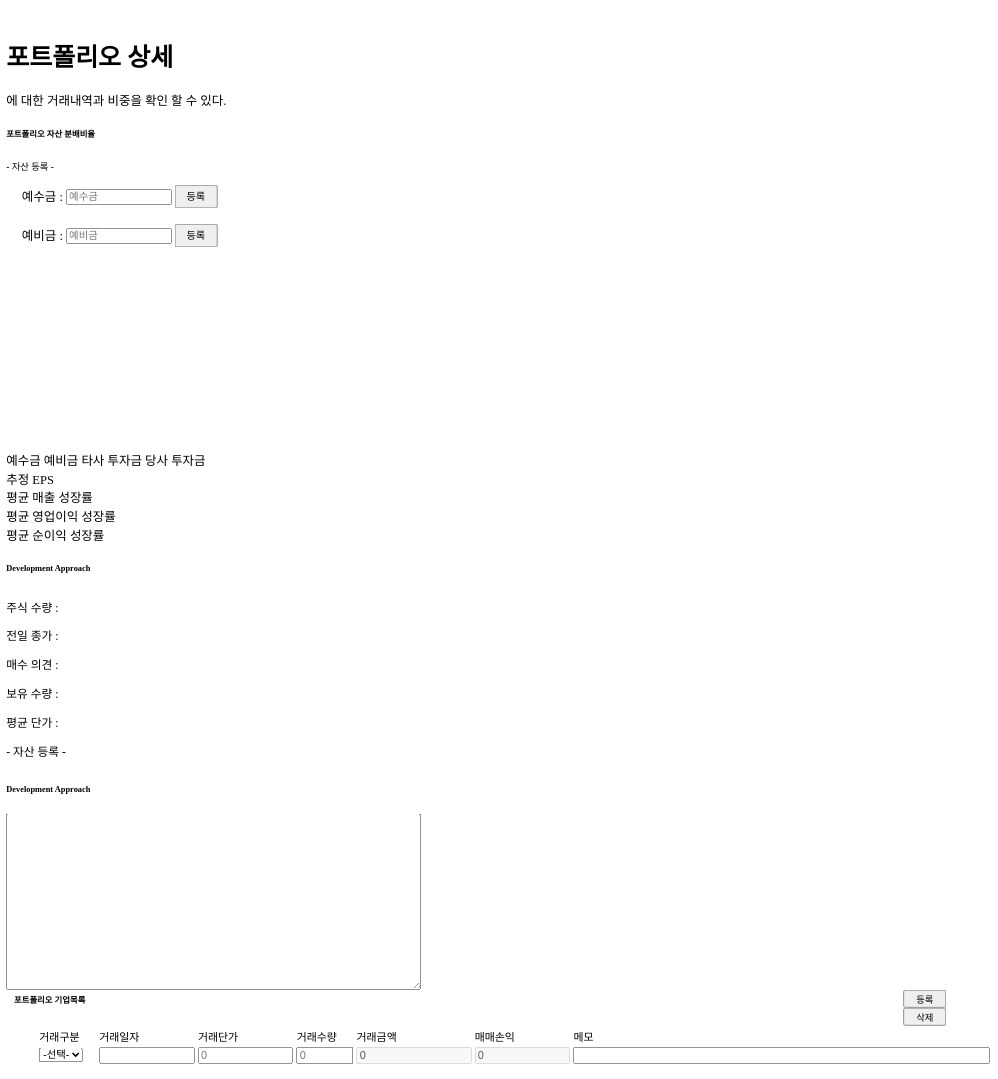
Repository: bangProgram/PJT_Finance
Page: http://localhost/Finance/WEB-INF/views/portfolio/portfolioDetail.jsp
The author's editor kept a copy of each file at every save. The page is drawn from the files as they stood at one save, then again after the next save.
The browser window is 1280 px wide. The pictures show the whole page, at 78% of full size.
The page is served by Tomcat 9. Nobody is signed in. Other server files are loaded and not shown. The template is opened directly, without the code that normally fills it, so the values that code supplies are empty.

Above is the page before, as saved 2022-11-17 06:23:38.

### Finance/src/main/webapp/WEB-INF/views/portfolio/portfolioDetail.jsp
<%@ page pageEncoding="UTF-8" contentType="text/html;charset=utf-8"%>
<%@ taglib prefix="fmt" uri="http://java.sun.com/jsp/jstl/fmt"%>
<%@ taglib uri="http://java.sun.com/jsp/jstl/core" prefix="c"%>
<script src="https://code.jquery.com/jquery-3.4.1.min.js"></script>﻿
<script type="text/javascript">
	var toggleChk = true;
	$(document).ready(function(){
		$("#gubn").change(function(){
			if(this.value == "0101"){
				$("#inputTr").css("background-color","#ffc4c4");
			}else if(this.value == "0102"){
				$("#inputTr").css("background-color","#cad8ff");
			}else{
				$("#inputTr").css("background-color","");
			}

		});


	});

	function portDetailSave(mode){
		var frm = document.searchForm;
		var gubn = $("#gubn").val();

		$("#mode").val(mode);

		if(gubn == "0101"){
			var TRADE_QUANTITY = $("#TRADE_QUANTITY").val();
			var TRADE_AMOUNT = $("#TRADE_AMOUNT").val();
			$("#BUY_QUANTITY").val(TRADE_QUANTITY);
			$("#BUY_AMOUNT").val(TRADE_AMOUNT);

		}else{
			var TRADE_QUANTITY = $("#TRADE_QUANTITY").val();
			var TRADE_AMOUNT = $("#TRADE_AMOUNT").val();
			$("#SELL_QUANTITY").val(TRADE_QUANTITY);
			$("#SELL_AMOUNT").val(TRADE_AMOUNT);

		}

		$("#TRADE_AMOUNT").attr("disabled",false);
		$("#RETURN_AMOUNT").attr("disabled",false);
		frm.action = "/portfolio/detail/cud";
		frm.submit();
	}

	function calTradeAmount(){
		var gubn = $("#gubn").val();
		if(gubn != "" && gubn != null){
			var TRADE_PRICE = $("#TRADE_PRICE").val();
			var TRADE_QUANTITY = $("#TRADE_QUANTITY").val();

			var calValue = TRADE_PRICE * TRADE_QUANTITY
			$("#TRADE_AMOUNT").val(calValue);


			if(gubn == "0102"){
				var calReturn = (TRADE_PRICE - AVR_PRICE) * TRADE_QUANTITY
				$("#RETURN_AMOUNT").val(calReturn);
			}
		}else{
			alert("거래구분 먼저 선택해주세요");
			return;
		}
	}

</script>

<style>
@keyframes add {
	from{background : lightgreen;}
	to{background : transparent;}
}

@keyframes del {
	from{background : indianred;}
	to{background : transparent;}
}

@keyframes search {
	from{background : lightsteelblue;}
	to{background : transparent;}
}

</style>
<html>
<head>
<title>사업장 목록</title>
</head>
<body>

<div class="container-fluid">

	<!-- Page Heading -->
	<h1 class="h3 mb-2 text-gray-800"><c:out value="${resultData.CORP_NAME }"/> 포트폴리오 상세</h1>
	<p class="mb-4"><c:out value="${resultData.CORP_NAME }"/> 에 대한 거래내역과 비중을 확인 할 수 있다.
		<span id=""></span>
	</p>


	<div class="row">
                        <!-- Pie Chart -->
		<div class="col-xl-4 col-lg-5">
			<div class="card shadow mb-4" id="cardDiv">
		        <!-- Card Header - Dropdown -->
		        <div class="card-header py-3 d-flex flex-row align-items-center justify-content-between">
		            <h6 class="m-0 font-weight-bold text-primary">포트폴리오 자산 분배비율</h6>
		            <div class="dropdown no-arrow">
		                <a class="dropdown-toggle" href="#" role="button" id="dropdownMenuLink" data-toggle="dropdown" aria-haspopup="true" aria-expanded="false">
		                    <i class="fas fa-ellipsis-v fa-sm fa-fw text-gray-400"></i>
		                </a>
		                <div class="dropdown-menu dropdown-menu-right shadow animated--fade-in" aria-labelledby="dropdownMenuLink">
		                    <div class="dropdown-header" style="font-size: 12px;">- 자산 등록 -</div>
		                    <div class="dropdown-divider"></div>
		                    <div style="padding: 5px 10px 5px 10px;">
			                    <div class="dropdown-item" style="padding: 10px 10px 10px 10px;">
				                    예수금 : <input type="text" name="DEPOSIT_AMOUNT" id="DEPOSIT_AMOUNT" style="width : 135px;" value="${getPortfolio.DEPOSIT_AMOUNT }"  title="예수금" placeholder="예수금">
				                    <button class="btn btn-outline-primary" style="height: 30px; font-size: 13px; width: 55px;" id="btn_DEPOSIT_AMOUNT" onclick="regAsset('deposit'); return false;">
				                    	<c:if test="${getPortfolio.DEPOSIT_AMOUNT != null }">수정</c:if>
				                    	<c:if test="${getPortfolio.DEPOSIT_AMOUNT == null }">등록</c:if>
				                    </button>
			                    </div>
			                    <div class="dropdown-divider"></div>
			                    <div class="dropdown-item" style="padding: 10px 10px 10px 10px;">
				                    예비금 : <input type="text" name="RESERVE_AMOUNT" id="RESERVE_AMOUNT" style="width : 135px;" value="${getPortfolio.RESERVE_AMOUNT }"  title="예비금" placeholder="예비금">
				                    <button class="btn btn-outline-primary" style="height: 30px; font-size: 13px; width: 55px;" id="btn_RESERVE_AMOUNT" onclick="regAsset('reserve'); return false;">
				                    	<c:if test="${getPortfolio.RESERVE_AMOUNT != null }">수정</c:if>
				                    	<c:if test="${getPortfolio.RESERVE_AMOUNT == null }">등록</c:if>
				                    </button>
			                    </div>
		                    </div>
		                </div>
		            </div>
		        </div>
		        <!-- Card Body -->
		        <div class="card-body">
		            <div class="chart-pie pt-4 pb-2"><div class="chartjs-size-monitor"><div class="chartjs-size-monitor-expand"><div class=""></div></div><div class="chartjs-size-monitor-shrink"><div class=""></div></div></div>
		                <canvas id="myPieChart" width="470" height="245" style="display: block; width: 470px; height: 245px;" class="chartjs-render-monitor"></canvas>
		            </div>
		            <div class="mt-4 text-center small">
		                <span class="mr-2">
		                    <i class="fas fa-circle text-info"></i> 예수금
		                </span>
		                <span class="mr-2">
		                    <i class="fas fa-circle text-warning"></i> 예비금
		                </span>
		                <span class="mr-2">
		                    <i class="fas fa-circle text-secondary"></i> 타사 투자금
		                </span>
		                <span class="mr-2">
		                    <i class="fas fa-circle text-success"></i> 당사 투자금
		                </span>
		            </div>
		        </div>
		    </div>
		</div>

		<!-- Area Chart -->
	    <div class="" style="width: 180px;">
	        <div class="card shadow mb-4">
				<div class="card border-left-primary shadow h-100 py-2">
	            	<div class="card-body">
	                	<div class="row no-gutters align-items-center">
	                    	<div class="col mr-2">
	                        	<div class="text-xs font-weight-bold text-primary text-uppercase mb-1">
	                              추정 EPS</div>
								<div class="h5 mb-0 font-weight-bold text-gray-800"><c:out value=" ${resultData.ESTIMATE_EPS}"/></div>
	                      	</div>
	                  	</div>
	              	</div>
	          	</div>
	          	<div class="card border-left-info shadow h-100 py-2">
	              	<div class="card-body">
	                  	<div class="row no-gutters align-items-center">
	                      	<div class="col mr-2">
	                          	<div class="text-xs font-weight-bold text-info text-uppercase mb-1">
	                              	평균 매출 성장률</div>
	                          	<div class="h5 mb-0 font-weight-bold text-gray-800"><c:out value=" ${resultData.AVG_REVENUE_GROWTH}"/></div>
	                      	</div>
	                  	</div>
	              	</div>
	          	</div>
	        	<div class="card border-left-info shadow h-100 py-2">
	              	<div class="card-body">
	                  	<div class="row no-gutters align-items-center">
	                      	<div class="col mr-2">
	                          	<div class="text-xs font-weight-bold text-info text-uppercase mb-1">
	                              	평균 영업이익 성장률</div>
	                          	<div class="h5 mb-0 font-weight-bold text-gray-800"><c:out value=" ${resultData.AVG_OPERAT_GROWTH}"/></div>
	                      	</div>
	                  	</div>
	              	</div>
	          	</div>
	          	<div class="card border-left-info shadow h-100 py-2">
	              	<div class="card-body">
	                  	<div class="row no-gutters align-items-center">
	                      	<div class="col mr-2">
	                          	<div class="text-xs font-weight-bold text-info text-uppercase mb-1">
	                              	평균 순이익 성장률</div>
	                          	<div class="h5 mb-0 font-weight-bold text-gray-800"><c:out value=" ${resultData.AVG_PROFIT_GROWTH}"/></div>
	                      	</div>
	                  	</div>
	              	</div>
	          	</div>
	        </div>
		</div>
		<!-- MEMO Area -->
	    <div class="col-xl-2 col-lg-5">
			<div class="card shadow mb-4">
				<div class="card-header py-3">
					<h6 class="m-0 font-weight-bold text-primary">Development Approach</h6>
				</div>
				<div class="card-body">
					<div class="dropdown-header" style="font-size: 15px; padding: 8px 0px 8px 0px;">
                    	주식 수량 :  <span style="color: black;"><c:out value="${resultData.SHARES_AMOUNT}"/></span>
                    </div>
                    <div class="dropdown-divider"></div>
                    <div class="dropdown-header" style="font-size: 15px; padding: 8px 0px 8px 0px;">
                    	전일 종가 : <span style="color: black;"><c:out value="${resultData.BEF_CLS_PRICE}"/></span>
                    </div>
                    <div class="dropdown-divider"></div>
                    <div class="dropdown-header" style="font-size: 15px; padding: 8px 0px 8px 0px;">
                    	매수 의견 : <span style="color: black;"><c:out value="${resultData.INVEST_OPINION}"/></span>
                    </div>
                    <div class="dropdown-divider"></div>
                    <div class="dropdown-header" style="font-size: 15px; padding: 8px 0px 8px 0px;">
                    	보유 수량 : <span style="color: black;"><c:out value="${resultData.HOLD_QUANTITY}"/></span>
                    </div>
                    <div class="dropdown-divider"></div>
                    <div class="dropdown-header" style="font-size: 15px; padding: 8px 0px 8px 0px;">
                    	평균 단가 : <span style="color: black;"><c:out value="${resultData.AVR_PRICE}"/></span>
                    </div>
                    <div class="dropdown-divider"></div>
                    <div class="dropdown-header" style="font-size: 15px; padding: 8px 0px 8px 0px;">
                    	- 자산 등록 -
                    </div>
				</div>
			</div>
		</div>
		<!-- MEMO Area -->
	    <div class="col-xl-4 col-lg-5">
			<div class="card shadow mb-4">
				<div class="card-header py-3">
					<h6 class="m-0 font-weight-bold text-primary">Development Approach</h6>
				</div>
				<div class="card-body">
					<textarea  rows="20" cols="85" style="    font-size: 10px;"><c:out value="${resultData.MEMO }"/></textarea>
				</div>
			</div>
		</div>
	</div>

	<form name="searchForm" method="post">
		<div class="container-fluid">
			<input type="hidden" name="mode" id="mode" value="" title="수정 FLAG">
			<input type="hidden" name="CORP_CODE" id="CORP_CODE" value="<c:out value='${resultData.CORP_CODE }'/>" title="현재보고있는 기업 코드">
			<input type="hidden" name="AVR_PRICE" id="AVR_PRICE" value="<c:out value='${resultData.AVR_PRICE}'/>" title="현재보고있는 기업 평균단가"/>
			<input type="hidden" name="HOLD_QUANTITY" id="HOLD_QUANTITY" value="<c:out value='${resultData.HOLD_QUANTITY }'/>" title="현재보고있는 기업 보유 수량">

			<input type="hidden" name="SEQs" id="SEQs" value="" title="삭제대상 상세 SEQ(복수)">

		</div>

	<!-- DataTales Example -->
	    <div class="card shadow mb-4">
	        <div class="card-header py-3" id="dataTables" style="display: table;">
	            <h6 class="m-0 font-weight-bold text-primary" style="display: table-cell; width: 91%; padding-left: 10px;">포트폴리오 기업목록</h6>
	            <div >
					<button class="dt-button buttons-excel buttons-html5 btn btn-outline-primary excelBtn" style="width: 55px; font-size: 12px;" tabindex="0" aria-controls="portCorpList" type="submit" onclick="portDetailSave('add'); return false;">
						<span>등록</span>
					</button>
					<button class="dt-button buttons-excel buttons-html5 btn btn-outline-primary excelBtn" style="width: 55px; font-size: 12px;" tabindex="0" aria-controls="portCorpList" type="submit" onclick="portDetailSave('del'); return false;">
						<span>삭제</span>
					</button>
				</div>
	        </div>
	        <div class="card-body">
	            <div class="table-responsive" >
	                <table id="portCorpList" class="table table-bordered" id="dataTable"  style="font-size: 14px; width:100%" >
	                	<colgroup>
	                		<col width="3%"/>
	                		<col width="6%"/>
	                		<col width="10%"/>
	                		<col width="10%"/>
	                		<col width="6%"/>
	                		<col width="12%"/>
	                		<col width="10%"/>
	                		<col width="43%"/>
	                	</colgroup>
	                    <thead id="tableHead">
				            <tr>
				            	<td></td>
				            	<td>거래구분</td>
								<td>거래일자</td>
								<td>거래단가</td>
								<td>거래수량</td>
								<td>거래금액</td>
								<td>매매손익</td>
								<td>메모</td>
							</tr>
				        </thead>
				        <tbody id="bodyList">
							<c:forEach items="${resultList}" var="ls" >
								<c:if test="${ls.GUBN == '0101'}"><tr style="background-color: #ffc4c4;"></c:if>
								<c:if test="${ls.GUBN == '0102'}"><tr style="background-color: #cad8ff;"></c:if>
									<td><input type="checkbox" name="del" value="${ls.SEQ}" title="포트폴리오 상세 SEQ"/></td>
									<td><c:out value="${ls.GUBN_NM}"/></td>
									<td><c:out value="${ls.TRADE_DATE}"/></td>
									<td><c:out value="${ls.TRADE_PRICE}"/></td>
									<td>
										<c:if test="${ls.GUBN == '0101'}"><c:out value="${ls.BUY_QUANTITY}"/></c:if>
										<c:if test="${ls.GUBN == '0102'}"><c:out value="${ls.SELL_QUANTITY}"/></c:if>
									</td>
									<td>
										<c:if test="${ls.GUBN == '0101'}"><c:out value="${ls.BUY_AMOUNT}"/></c:if>
										<c:if test="${ls.GUBN == '0102'}"><c:out value="${ls.SELL_AMOUNT}"/></c:if>
									</td>
									<td><c:out value="${ls.RETURN_AMOUNT}"/></td>
									<td><c:out value="${ls.MEMO}"/></td>
								</tr>
							</c:forEach>
							<tr id="inputTr">
								<td></td>
								<td>
									<select name="gubn" id="gubn" title="포트폴리오 상세 구분">
										<option value="">-선택-</option>
										<option value="0101">매수</option>
										<option value="0102">매도</option>
									</select>
								</td>
							    <td><input type="text" name="TRADE_DATE" id="TRADE_DATE" value="${curDate}" title="포트폴리오 거래일자" style="font-size: 14px; width:100%" /></td>
							    <td>
							    	<input type="text" name="TRADE_PRICE" onchange="calTradeAmount(); return false;" id="TRADE_PRICE" value="" placeholder="0" title="포트폴리오 거래단가" style="font-size: 14px; width:100%" />
							    </td>
								<td>
									<input type="text" name="TRADE_QUANTITY" onchange="calTradeAmount(); return false;" id="TRADE_QUANTITY" value="" placeholder="0" title="포트폴리오 거래수량" style="font-size: 14px; width:100%" />
									<input type="hidden" name="BUY_QUANTITY" id="BUY_QUANTITY" value="" title="매수 거래수량"/>
									<input type="hidden" name="SELL_QUANTITY" id="SELL_QUANTITY" value="" title="매도 거래수량"/>
								</td>
								<td>
									<input type="text" name="TRADE_AMOUNT" id="TRADE_AMOUNT" value="0" title="포트폴리오 거래금액" disabled="disabled" style="font-size: 14px; width:100%"/>
									<input type="hidden" name="BUY_AMOUNT" id="BUY_AMOUNT" value="" title="매수 거래금액"/>
									<input type="hidden" name="SELL_AMOUNT" id="SELL_AMOUNT" value="" title="매도 거래금액"/>
								</td>
								<td><input type="text" name="RETURN_AMOUNT" id="RETURN_AMOUNT" value="0" title="포트폴리오 매매손익" disabled="disabled" style="font-size: 14px; width:100%"/></td>
								<td><input type="text" name="MEMO" id="MEMO" value="" title="포트폴리오 거래 사유" style="font-size: 14px; width:100%"/></td>
							</tr>
				        </tbody>
	                </table>
	            </div>
	        </div>
	    </div>
	</form>
</div>

</body>
</html>

After the next save:
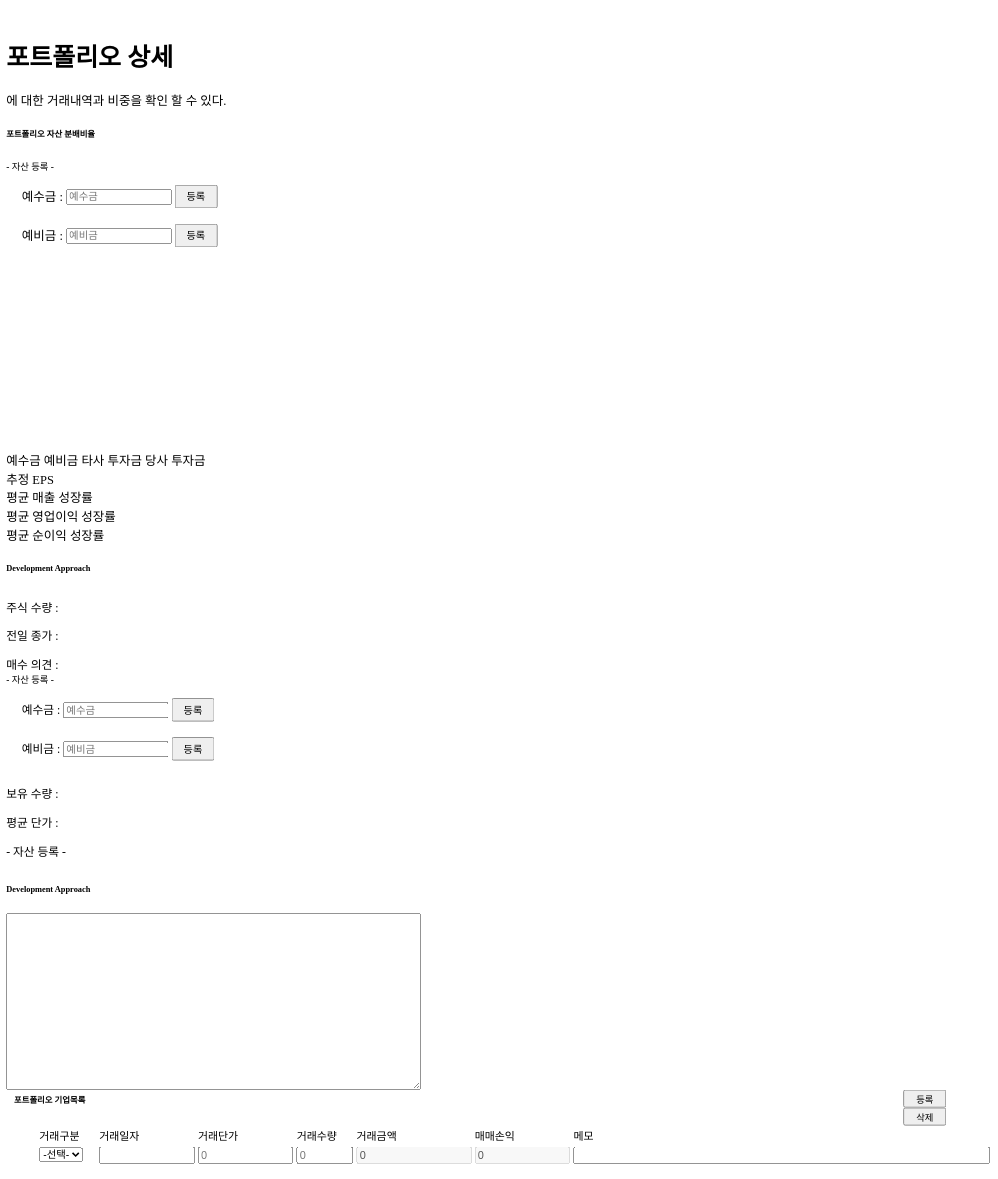
Saved 76 s later.
--- a/Finance/src/main/webapp/WEB-INF/views/portfolio/portfolioDetail.jsp
+++ b/Finance/src/main/webapp/WEB-INF/views/portfolio/portfolioDetail.jsp
@@ -222,6 +222,30 @@
                     <div class="dropdown-divider"></div>
                     <div class="dropdown-header" style="font-size: 15px; padding: 8px 0px 8px 0px;">
                     	매수 의견 : <span style="color: black;"><c:out value="${resultData.INVEST_OPINION}"/></span>
+                    	<a class="dropdown-toggle" href="#" role="button" id="dropdownMenuLink" data-toggle="dropdown" aria-haspopup="true" aria-expanded="false">
+		                    <i class="fas fa-ellipsis-v fa-sm fa-fw text-gray-400"></i>
+		                </a>
+		                <div class="dropdown-menu dropdown-menu-right shadow animated--fade-in" aria-labelledby="dropdownMenuLink">
+		                    <div class="dropdown-header" style="font-size: 12px;">- 자산 등록 -</div>
+		                    <div class="dropdown-divider"></div>
+		                    <div style="padding: 5px 10px 5px 10px;">
+			                    <div class="dropdown-item" style="padding: 10px 10px 10px 10px;">
+				                    예수금 : <input type="text" name="DEPOSIT_AMOUNT" id="DEPOSIT_AMOUNT" style="width : 135px;" value="${getPortfolio.DEPOSIT_AMOUNT }"  title="예수금" placeholder="예수금">
+				                    <button class="btn btn-outline-primary" style="height: 30px; font-size: 13px; width: 55px;" id="btn_DEPOSIT_AMOUNT" onclick="regAsset('deposit'); return false;">
+				                    	<c:if test="${getPortfolio.DEPOSIT_AMOUNT != null }">수정</c:if>
+				                    	<c:if test="${getPortfolio.DEPOSIT_AMOUNT == null }">등록</c:if>
+				                    </button>
+			                    </div>
+			                    <div class="dropdown-divider"></div>
+			                    <div class="dropdown-item" style="padding: 10px 10px 10px 10px;">
+				                    예비금 : <input type="text" name="RESERVE_AMOUNT" id="RESERVE_AMOUNT" style="width : 135px;" value="${getPortfolio.RESERVE_AMOUNT }"  title="예비금" placeholder="예비금">
+				                    <button class="btn btn-outline-primary" style="height: 30px; font-size: 13px; width: 55px;" id="btn_RESERVE_AMOUNT" onclick="regAsset('reserve'); return false;">
+				                    	<c:if test="${getPortfolio.RESERVE_AMOUNT != null }">수정</c:if>
+				                    	<c:if test="${getPortfolio.RESERVE_AMOUNT == null }">등록</c:if>
+				                    </button>
+			                    </div>
+		                    </div>
+		                </div>
                     </div>
                     <div class="dropdown-divider"></div>
                     <div class="dropdown-header" style="font-size: 15px; padding: 8px 0px 8px 0px;">
